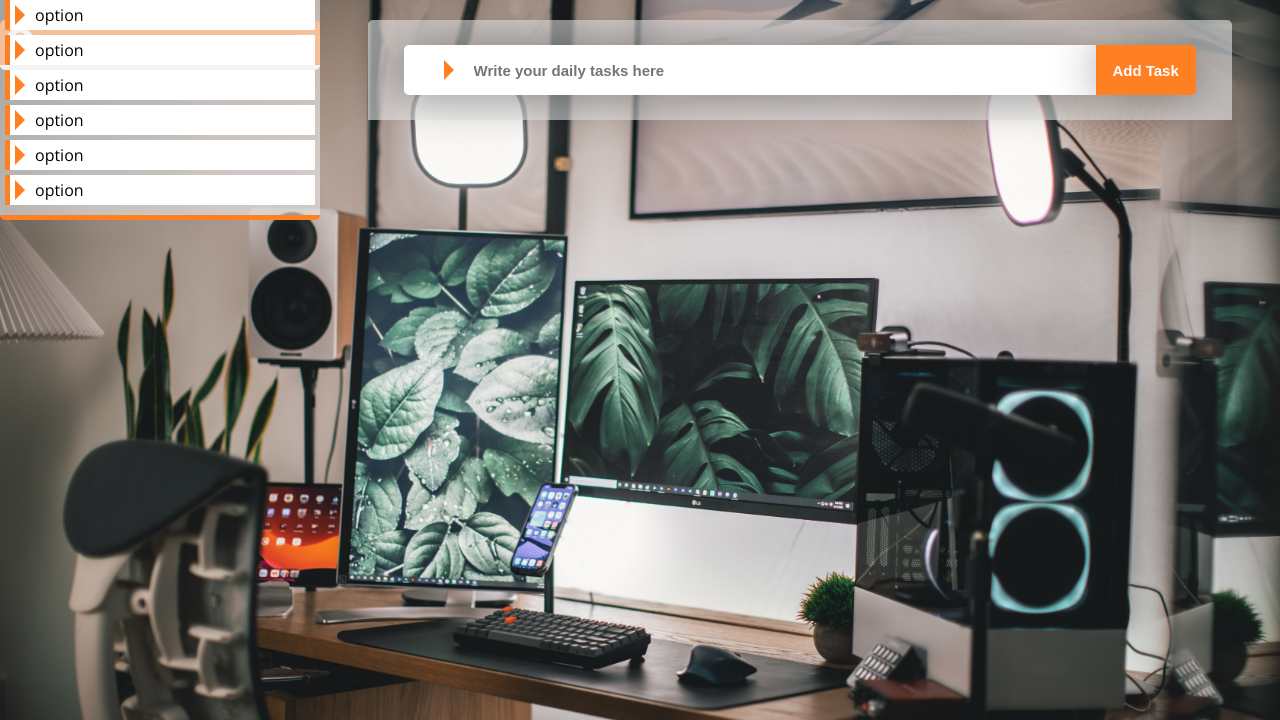
Repository: OmarEssameldinMousa/To-do-list-level01
Page: index.html
The author's editor kept a copy of each file at every save. The page is drawn from the files as they stood at one save, then again after the next save.
The browser window is 1280 px wide. The pictures show the whole page.

Above is the page before, as saved 2023-08-10 00:36:02.

After the next save:
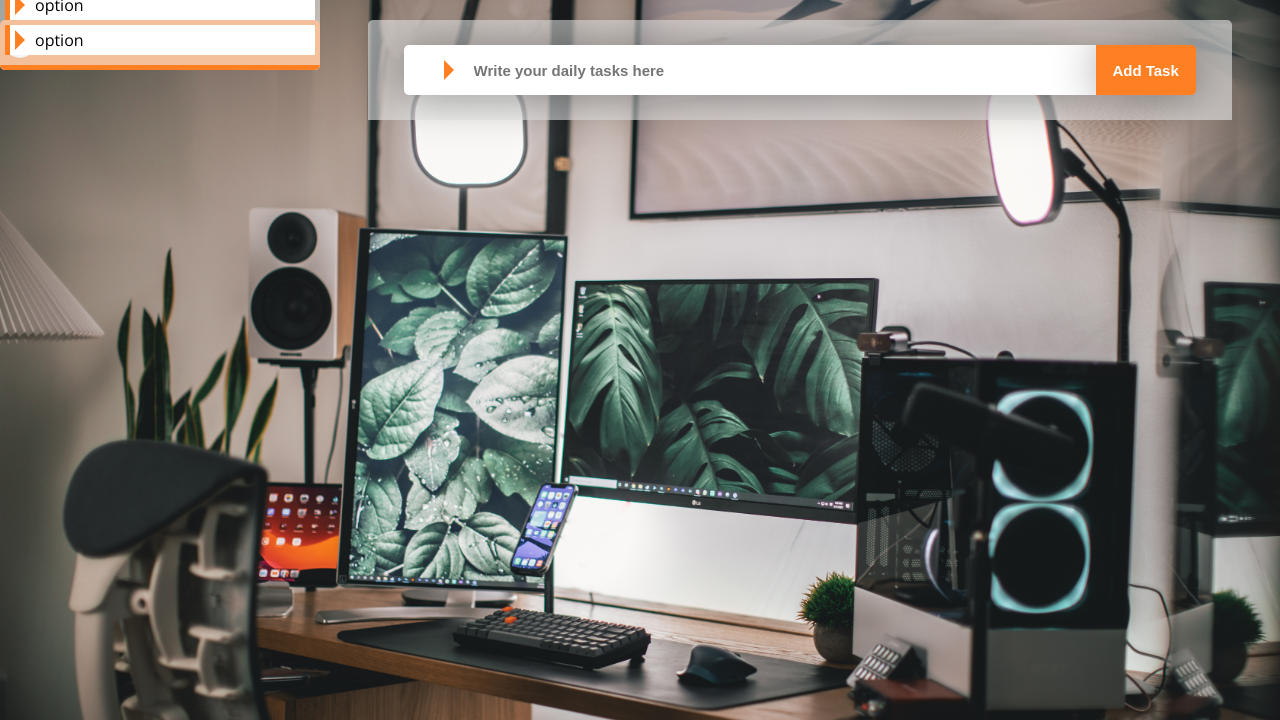
Saved 74 s later.
--- a/main.css
+++ b/main.css
@@ -87,8 +87,7 @@ ul {
     margin-top: 5px;
     padding: 5px;
     position: absolute;
-    top: -200%;
-    ;
+    top: -500%;
     background: var(--main-color);
     border-bottom-left-radius: 5px;
     border-bottom-right-radius: 5px;
